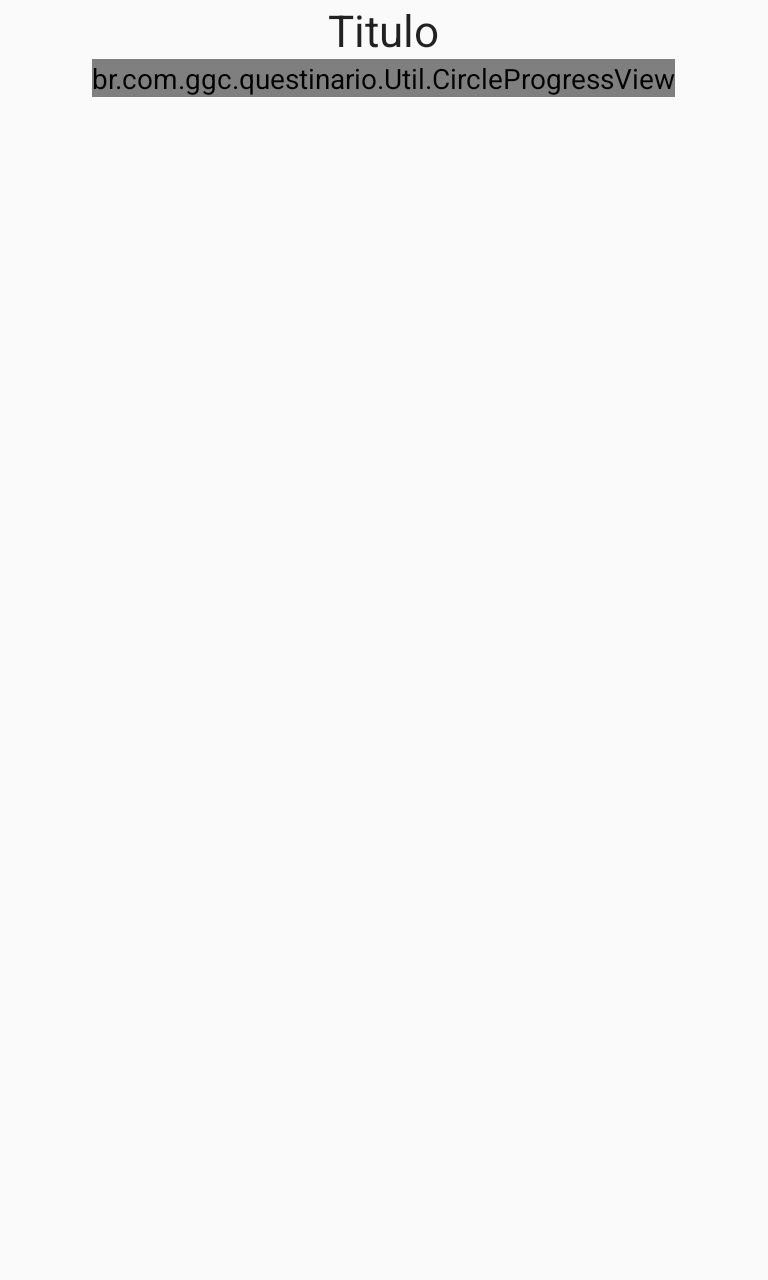
Repository: Gilson-Android/Questionario_App
Layout: Questinario/res/layout/tab_fragment.xml
An editor plug-in stored every save of this project. The layout is shown before and after the next save, followed by the edit.
Pictures or frames that could not be fetched are drawn as grey boxes. It is drawn on a 768 x 1280 px phone screen (xhdpi) without system bars, with theme AppTheme; the app's code is not run.

Above is the layout before, as saved 2015-09-03 01:08:23.

After the next save:
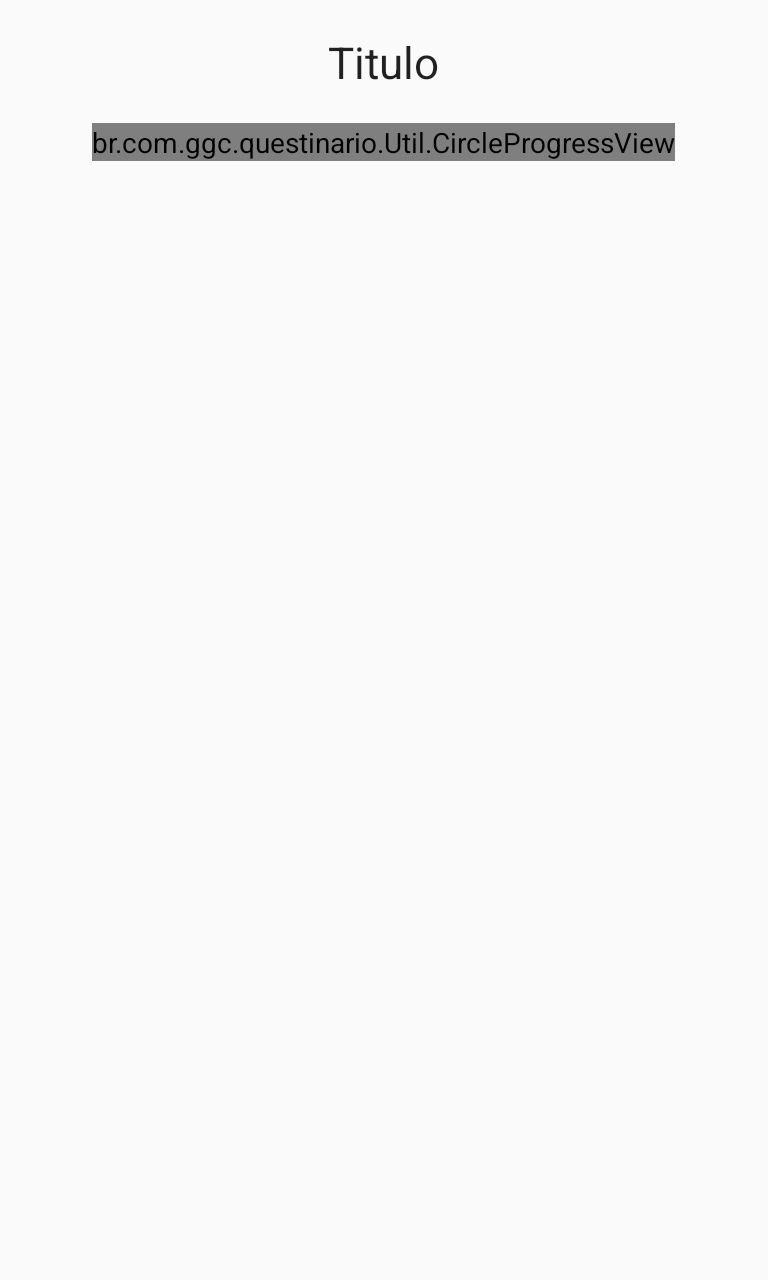
Saved 67 min 46 s later.
--- a/Questinario/res/layout/tab_fragment.xml
+++ b/Questinario/res/layout/tab_fragment.xml
@@ -3,6 +3,7 @@
     android:layout_width="fill_parent"
     android:layout_height="fill_parent"
     android:orientation="vertical" >
+
     <LinearLayout
         android:layout_width="fill_parent"
         android:layout_height="0dp"
@@ -12,21 +13,24 @@
         <TextView
             android:id="@+id/textCategoria"
             android:layout_width="wrap_content"
+            android:layout_height="wrap_content"
             android:layout_gravity="center"
+            android:layout_marginBottom="@dimen/activity_vertical_margin"
+            android:layout_marginLeft="@dimen/activity_horizontal_margin"
+            android:layout_marginRight="@dimen/activity_horizontal_margin"
+            android:layout_marginTop="@dimen/activity_vertical_margin"
             android:text="Titulo"
-            android:layout_height="wrap_content"
             android:textAppearance="?android:attr/textAppearanceLarge" />
 
         <br.com.ggc.questinario.Util.CircleProgressView
             android:id="@+id/circleView"
-            android:max="10"
-            android:layout_gravity="center"
-            app:seekMode="true"
-            app:contourColor="@color/Azul_Claro"
             android:layout_width="wrap_content"
             android:layout_height="wrap_content"
-            app:showUnit="false">
-
+            android:layout_gravity="center"
+            android:max="10"
+            app:contourColor="@color/Azul_Claro"
+            app:seekMode="true"
+            app:showUnit="false" >
         </br.com.ggc.questinario.Util.CircleProgressView>
     </LinearLayout>
 
